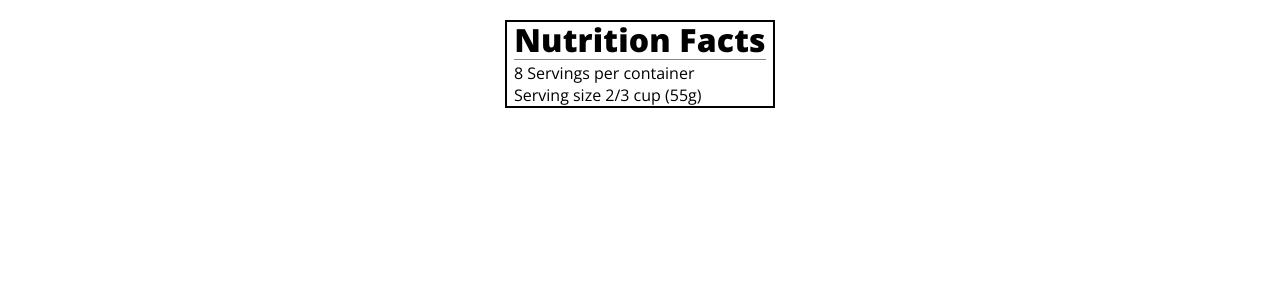
Repository: Lungdjos/typography
Page: index.html
The author's editor kept a copy of each file at every save. The page is drawn from the files as they stood at one save, then again after a run of saves.
The browser window is 1280 px wide. The pictures show the whole page.

Above is the page before, as saved 2023-10-28 01:06:41.

After the next 2 saves:
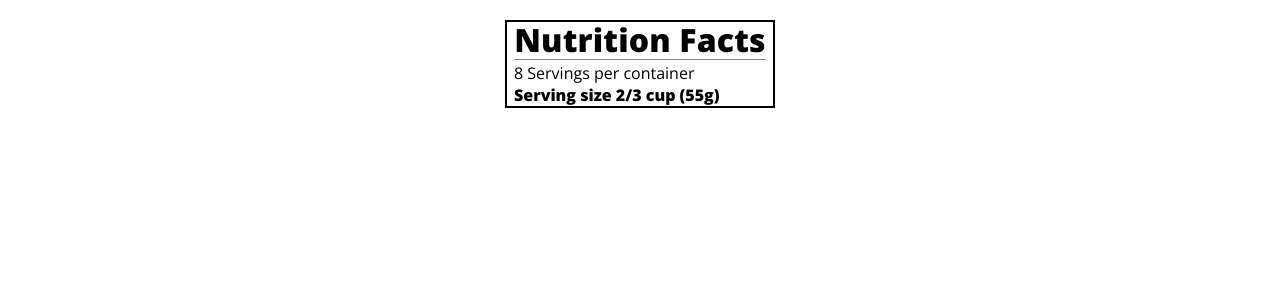
The 2 saves are shown as one change because they came seconds apart.
The last was saved 7 s later.
--- a/styles.css
+++ b/styles.css
@@ -33,4 +33,6 @@ p {
     margin: 2px 0;
 }
 
-.bold
+.bold {
+    font-weight: 800;
+}
